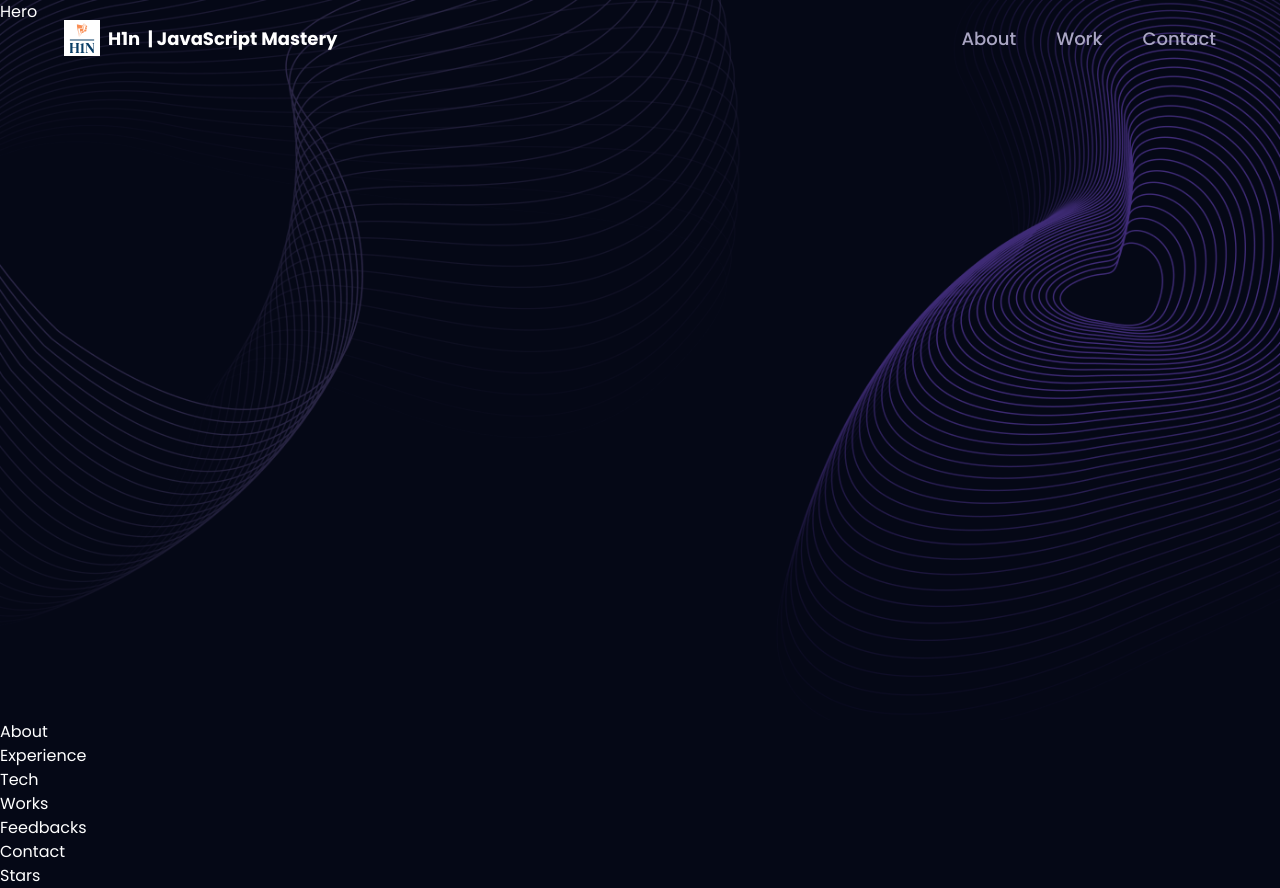
Repository: truonghuynhquy/3D_Portfolio
Page: /
These files come from the project's save history. The page is drawn as it stood at one moment and after the next save; the edit follows.
The browser window is 1280 px wide. The pictures show the whole page.
The project was rebuilt for these pictures with package versions that can differ from the ones it lists, and the page was loaded fresh each time. Also part of the build but not shown: vite.config.js, src/components/canvas/Earth.jsx, src/components/canvas/Ball.jsx, src/components/canvas/Computers.jsx. Imported but missing from the stored project, and not drawn on this page: src/components/hoc, src/components/styles, src/components/utils/motion.

Above is the page before, as saved 2023-04-08 10:58:47.

### index.html
<!DOCTYPE html>
<html lang="en">
  <head>
    <meta charset="UTF-8" />
    <link rel="icon" type="image/svg+xml" href="/src/assets/logo.svg" />
    <meta name="viewport" content="width=device-width, initial-scale=1.0" />
    <title>H1n | Portfolio</title>
  </head>
  <body>
    <div id="root"></div>
    <script type="module" src="/src/main.jsx"></script>
  </body>
</html>

### src/App.jsx
import { BrowserRouter } from "react-router-dom";

import {
    About,
    Contact,
    Experience,
    Feedbacks,
    Hero,
    Navbar,
    Tech,
    Works,
    StarsCanvas,
} from "./components";

const App = () => {
    return (
        <BrowserRouter>
            <div className="relative z-0 bg-primary">
                <div className="bg-hero-pattern bg-cover bg-no-repeat bg-center h-screen">
                    <Navbar />
                    <Hero />
                </div>
                <About />
                <Experience />
                <Tech />
                <Works />
                <Feedbacks />
                <div className="relative z-0">
                    <Contact />
                    <StarsCanvas />
                </div>
            </div>
        </BrowserRouter>
    );
};

export default App;

### src/index.css
@import url("https://fonts.googleapis.com/css2?family=Poppins:wght@100;200;300;400;500;600;700;800;900&display=swap");

@tailwind base;
@tailwind components;
@tailwind utilities;

* {
    margin: 0;
    padding: 0;
    box-sizing: border-box;
    font-family: "Poppins", sans-serif;
    scroll-behavior: smooth;
    color-scheme: dark;
}

.hash-span {
    margin-top: -100px;
    padding-bottom: 100px;
    display: block;
}

.black-gradient {
    background: #000000; /* fallback for old browsers */
    background: -webkit-linear-gradient(
        to right,
        #434343,
        #000000
    ); /* Chrome 10-25, Safari 5.1-6 */
    background: linear-gradient(
        to right,
        #434343,
        #000000
    ); /* W3C, IE 10+/ Edge, Firefox 16+, Chrome 26+, Opera 12+, Safari 7+ */
}

.violet-gradient {
    background: #804dee;
    background: linear-gradient(-90deg, #804dee 0%, rgba(60, 51, 80, 0) 100%);
    background: -webkit-linear-gradient(
        -90deg,
        #804dee 0%,
        rgba(60, 51, 80, 0) 100%
    );
}

.green-pink-gradient {
    background: "#00cea8";
    background: linear-gradient(90.13deg, #00cea8 1.9%, #bf61ff 97.5%);
    background: -webkit-linear-gradient(-90.13deg, #00cea8 1.9%, #bf61ff 97.5%);
}

.orange-text-gradient {
    background: #f12711; /* fallback for old browsers */
    background: -webkit-linear-gradient(
        to top,
        #f12711,
        #f5af19
    ); /* Chrome 10-25, Safari 5.1-6 */
    background: linear-gradient(
        to top,
        #f12711,
        #f5af19
    ); /* W3C, IE 10+/ Edge, Firefox 16+, Chrome 26+, Opera 12+, Safari 7+ */
    -webkit-background-clip: text;
    -webkit-text-fill-color: transparent;
}

.green-text-gradient {
    background: #11998e; /* fallback for old browsers */
    background: -webkit-linear-gradient(
        to top,
        #11998e,
        #38ef7d
    ); /* Chrome 10-25, Safari 5.1-6 */
    background: linear-gradient(
        to top,
        #11998e,
        #38ef7d
    ); /* W3C, IE 10+/ Edge, Firefox 16+, Chrome 26+, Opera 12+, Safari 7+ */
    -webkit-background-clip: text;
    -webkit-text-fill-color: transparent;
}

.blue-text-gradient {
    /* background: -webkit-linear-gradient(#eee, #333); */
    background: #56ccf2; /* fallback for old browsers */
    background: -webkit-linear-gradient(
        to top,
        #2f80ed,
        #56ccf2
    ); /* Chrome 10-25, Safari 5.1-6 */
    background: linear-gradient(
        to top,
        #2f80ed,
        #56ccf2
    ); /* W3C, IE 10+/ Edge, Firefox 16+, Chrome 26+, Opera 12+, Safari 7+ */
    -webkit-background-clip: text;
    -webkit-text-fill-color: transparent;
}

.pink-text-gradient {
    background: #ec008c; /* fallback for old browsers */
    background: -webkit-linear-gradient(
        to top,
        #ec008c,
        #fc6767
    ); /* Chrome 10-25, Safari 5.1-6 */
    background: linear-gradient(
        to top,
        #ec008c,
        #fc6767
    ); /* W3C, IE 10+/ Edge, Firefox 16+, Chrome 26+, Opera 12+, Safari 7+ */
    -webkit-background-clip: text;
    -webkit-text-fill-color: transparent;
}

/* canvas- styles */
.canvas-loader {
    font-size: 10px;
    width: 1em;
    height: 1em;
    border-radius: 50%;
    position: relative;
    text-indent: -9999em;
    animation: mulShdSpin 1.1s infinite ease;
    transform: translateZ(0);
}

@keyframes mulShdSpin {
    0%,
    100% {
        box-shadow: 0em -2.6em 0em 0em #ffffff,
            1.8em -1.8em 0 0em rgba(255, 255, 255, 0.2),
            2.5em 0em 0 0em rgba(255, 255, 255, 0.2),
            1.75em 1.75em 0 0em rgba(255, 255, 255, 0.2),
            0em 2.5em 0 0em rgba(255, 255, 255, 0.2),
            -1.8em 1.8em 0 0em rgba(255, 255, 255, 0.2),
            -2.6em 0em 0 0em rgba(255, 255, 255, 0.5),
            -1.8em -1.8em 0 0em rgba(255, 255, 255, 0.7);
    }
    12.5% {
        box-shadow: 0em -2.6em 0em 0em rgba(255, 255, 255, 0.7),
            1.8em -1.8em 0 0em #ffffff, 2.5em 0em 0 0em rgba(255, 255, 255, 0.2),
            1.75em 1.75em 0 0em rgba(255, 255, 255, 0.2),
            0em 2.5em 0 0em rgba(255, 255, 255, 0.2),
            -1.8em 1.8em 0 0em rgba(255, 255, 255, 0.2),
            -2.6em 0em 0 0em rgba(255, 255, 255, 0.2),
            -1.8em -1.8em 0 0em rgba(255, 255, 255, 0.5);
    }
    25% {
        box-shadow: 0em -2.6em 0em 0em rgba(255, 255, 255, 0.5),
            1.8em -1.8em 0 0em rgba(255, 255, 255, 0.7), 2.5em 0em 0 0em #ffffff,
            1.75em 1.75em 0 0em rgba(255, 255, 255, 0.2),
            0em 2.5em 0 0em rgba(255, 255, 255, 0.2),
            -1.8em 1.8em 0 0em rgba(255, 255, 255, 0.2),
            -2.6em 0em 0 0em rgba(255, 255, 255, 0.2),
            -1.8em -1.8em 0 0em rgba(255, 255, 255, 0.2);
    }
    37.5% {
        box-shadow: 0em -2.6em 0em 0em rgba(255, 255, 255, 0.2),
            1.8em -1.8em 0 0em rgba(255, 255, 255, 0.5),
            2.5em 0em 0 0em rgba(255, 255, 255, 0.7),
            1.75em 1.75em 0 0em #ffffff,
            0em 2.5em 0 0em rgba(255, 255, 255, 0.2),
            -1.8em 1.8em 0 0em rgba(255, 255, 255, 0.2),
            -2.6em 0em 0 0em rgba(255, 255, 255, 0.2),
            -1.8em -1.8em 0 0em rgba(255, 255, 255, 0.2);
    }
    50% {
        box-shadow: 0em -2.6em 0em 0em rgba(255, 255, 255, 0.2),
            1.8em -1.8em 0 0em rgba(255, 255, 255, 0.2),
            2.5em 0em 0 0em rgba(255, 255, 255, 0.5),
            1.75em 1.75em 0 0em rgba(255, 255, 255, 0.7),
            0em 2.5em 0 0em #ffffff, -1.8em 1.8em 0 0em rgba(255, 255, 255, 0.2),
            -2.6em 0em 0 0em rgba(255, 255, 255, 0.2),
            -1.8em -1.8em 0 0em rgba(255, 255, 255, 0.2);
    }
    62.5% {
        box-shadow: 0em -2.6em 0em 0em rgba(255, 255, 255, 0.2),
            1.8em -1.8em 0 0em rgba(255, 255, 255, 0.2),
            2.5em 0em 0 0em rgba(255, 255, 255, 0.2),
            1.75em 1.75em 0 0em rgba(255, 255, 255, 0.5),
            0em 2.5em 0 0em rgba(255, 255, 255, 0.7), -1.8em 1.8em 0 0em #ffffff,
            -2.6em 0em 0 0em rgba(255, 255, 255, 0.2),
            -1.8em -1.8em 0 0em rgba(255, 255, 255, 0.2);
    }
    75% {
        box-shadow: 0em -2.6em 0em 0em rgba(255, 255, 255, 0.2),
            1.8em -1.8em 0 0em rgba(255, 255, 255, 0.2),
            2.5em 0em 0 0em rgba(255, 255, 255, 0.2),
            1.75em 1.75em 0 0em rgba(255, 255, 255, 0.2),
            0em 2.5em 0 0em rgba(255, 255, 255, 0.5),
            -1.8em 1.8em 0 0em rgba(255, 255, 255, 0.7),
            -2.6em 0em 0 0em #ffffff,
            -1.8em -1.8em 0 0em rgba(255, 255, 255, 0.2);
    }
    87.5% {
        box-shadow: 0em -2.6em 0em 0em rgba(255, 255, 255, 0.2),
            1.8em -1.8em 0 0em rgba(255, 255, 255, 0.2),
            2.5em 0em 0 0em rgba(255, 255, 255, 0.2),
            1.75em 1.75em 0 0em rgba(255, 255, 255, 0.2),
            0em 2.5em 0 0em rgba(255, 255, 255, 0.2),
            -1.8em 1.8em 0 0em rgba(255, 255, 255, 0.5),
            -2.6em 0em 0 0em rgba(255, 255, 255, 0.7),
            -1.8em -1.8em 0 0em #ffffff;
    }
}

### src/components/Navbar.jsx
import React, { useEffect, useState } from "react";
import { Link } from "react-router-dom";

import { styles } from "../styles";
import { navLinks } from "../constants";
import { logo, menu, close } from "../assets";

const Navbar = () => {
    const [active, setActive] = useState("");

    return (
        <nav
            className={`${styles.paddingX} w-full flex items-center py-5 fixed top-0 z-20 `}
        >
            <div className="w-full flex justify-between items-center max-w-7xl mx-auto">
                <Link
                    to={"/"}
                    className="flex items-center gap-2"
                    onClick={() => {
                        setActive("");
                        window.scrollTo(0, 0);
                    }}
                >
                    <img
                        src={logo}
                        alt="logo"
                        className="w-9 h-9 object-contain"
                    />
                    <p className="text-white text-[18px] font-bold cursor-pointer flex">
                        H1n &nbsp;
                        <span className="sm:block hidden">
                            {" "}
                            | JavaScript Mastery
                        </span>
                    </p>
                </Link>
                <ul className="list-none hidden sm:flex flex-row gap-10">
                    {navLinks.map((nav) => (
                        <li
                            key={nav.id}
                            className={`${
                                active === nav.title
                                    ? "text-white"
                                    : "text-secondary"
                            } hover:text-white text-[18px] font-medium cursor-pointer`}
                            onClick={() => setActive(nav.title)}
                        >
                            <a href={`#${nav.id}`}>{nav.title}</a>
                        </li>
                    ))}
                </ul>
            </div>
        </nav>
    );
};

export default Navbar;

### src/constants/index.js
import {
  mobile,
  backend,
  creator,
  web,
  javascript,
  typescript,
  html,
  css,
  reactjs,
  redux,
  tailwind,
  nodejs,
  mongodb,
  git,
  figma,
  docker,
  meta,
  starbucks,
  tesla,
  shopify,
  carrent,
  jobit,
  tripguide,
  threejs,
} from "../assets";

export const navLinks = [
  {
    id: "about",
    title: "About",
  },
  {
    id: "work",
    title: "Work",
  },
  {
    id: "contact",
    title: "Contact",
  },
];

const services = [
  {
    title: "Web Developer",
    icon: web,
  },
  {
    title: "React Native Developer",
    icon: mobile,
  },
  {
    title: "Backend Developer",
    icon: backend,
  },
  {
    title: "Content Creator",
    icon: creator,
  },
];

const technologies = [
  {
    name: "HTML 5",
    icon: html,
  },
  {
    name: "CSS 3",
    icon: css,
  },
  {
    name: "JavaScript",
    icon: javascript,
  },
  {
    name: "TypeScript",
    icon: typescript,
  },
  {
    name: "React JS",
    icon: reactjs,
  },
  {
    name: "Redux Toolkit",
    icon: redux,
  },
  {
    name: "Tailwind CSS",
    icon: tailwind,
  },
  {
    name: "Node JS",
    icon: nodejs,
  },
  {
    name: "MongoDB",
    icon: mongodb,
  },
  {
    name: "Three JS",
    icon: threejs,
  },
  {
    name: "git",
    icon: git,
  },
  {
    name: "figma",
    icon: figma,
  },
  {
    name: "docker",
    icon: docker,
  },
];

const experiences = [
  {
    title: "React.js Developer",
    company_name: "Starbucks",
    icon: starbucks,
    iconBg: "#383E56",
    date: "March 2020 - April 2021",
    points: [
      "Developing and maintaining web applications using React.js and other related technologies.",
      "Collaborating with cross-functional teams including designers, product managers, and other developers to create high-quality products.",
      "Implementing responsive design and ensuring cross-browser compatibility.",
      "Participating in code reviews and providing constructive feedback to other developers.",
    ],
  },
  {
    title: "React Native Developer",
    company_name: "Tesla",
    icon: tesla,
    iconBg: "#E6DEDD",
    date: "Jan 2021 - Feb 2022",
    points: [
      "Developing and maintaining web applications using React.js and other related technologies.",
      "Collaborating with cross-functional teams including designers, product managers, and other developers to create high-quality products.",
      "Implementing responsive design and ensuring cross-browser compatibility.",
      "Participating in code reviews and providing constructive feedback to other developers.",
    ],
  },
  {
    title: "Web Developer",
    company_name: "Shopify",
    icon: shopify,
    iconBg: "#383E56",
    date: "Jan 2022 - Jan 2023",
    points: [
      "Developing and maintaining web applications using React.js and other related technologies.",
      "Collaborating with cross-functional teams including designers, product managers, and other developers to create high-quality products.",
      "Implementing responsive design and ensuring cross-browser compatibility.",
      "Participating in code reviews and providing constructive feedback to other developers.",
    ],
  },
  {
    title: "Full stack Developer",
    company_name: "Meta",
    icon: meta,
    iconBg: "#E6DEDD",
    date: "Jan 2023 - Present",
    points: [
      "Developing and maintaining web applications using React.js and other related technologies.",
      "Collaborating with cross-functional teams including designers, product managers, and other developers to create high-quality products.",
      "Implementing responsive design and ensuring cross-browser compatibility.",
      "Participating in code reviews and providing constructive feedback to other developers.",
    ],
  },
];

const testimonials = [
  {
    testimonial:
      "I thought it was impossible to make a website as beautiful as our product, but Rick proved me wrong.",
    name: "Sara Lee",
    designation: "CFO",
    company: "Acme Co",
    image: "https://randomuser.me/api/portraits/women/4.jpg",
  },
  {
    testimonial:
      "I've never met a web developer who truly cares about their clients' success like Rick does.",
    name: "Chris Brown",
    designation: "COO",
    company: "DEF Corp",
    image: "https://randomuser.me/api/portraits/men/5.jpg",
  },
  {
    testimonial:
      "After Rick optimized our website, our traffic increased by 50%. We can't thank them enough!",
    name: "Lisa Wang",
    designation: "CTO",
    company: "456 Enterprises",
    image: "https://randomuser.me/api/portraits/women/6.jpg",
  },
];

const projects = [
  {
    name: "Car Rent",
    description:
      "Web-based platform that allows users to search, book, and manage car rentals from various providers, providing a convenient and efficient solution for transportation needs.",
    tags: [
      {
        name: "react",
        color: "blue-text-gradient",
      },
      {
        name: "mongodb",
        color: "green-text-gradient",
      },
      {
        name: "tailwind",
        color: "pink-text-gradient",
      },
    ],
    image: carrent,
    source_code_link: "https://github.com/",
  },
  {
    name: "Job IT",
    description:
      "Web application that enables users to search for job openings, view estimated salary ranges for positions, and locate available jobs based on their current location.",
    tags: [
      {
        name: "react",
        color: "blue-text-gradient",
      },
      {
        name: "restapi",
        color: "green-text-gradient",
      },
      {
        name: "scss",
        color: "pink-text-gradient",
      },
    ],
    image: jobit,
    source_code_link: "https://github.com/",
  },
  {
    name: "Trip Guide",
    description:
      "A comprehensive travel booking platform that allows users to book flights, hotels, and rental cars, and offers curated recommendations for popular destinations.",
    tags: [
      {
        name: "nextjs",
        color: "blue-text-gradient",
      },
      {
        name: "supabase",
        color: "green-text-gradient",
      },
      {
        name: "css",
        color: "pink-text-gradient",
      },
    ],
    image: tripguide,
    source_code_link: "https://github.com/",
  },
];

export { services, technologies, experiences, testimonials, projects };

### src/assets/index.js
import logo from "./logo.svg";
import backend from "./backend.png";
import creator from "./creator.png";
import mobile from "./mobile.png";
import web from "./web.png";
import github from "./github.png";
import menu from "./menu.svg";
import close from "./close.svg";

import css from "./tech/css.png";
import docker from "./tech/docker.png";
import figma from "./tech/figma.png";
import git from "./tech/git.png";
import html from "./tech/html.png";
import javascript from "./tech/javascript.png";
import mongodb from "./tech/mongodb.png";
import nodejs from "./tech/nodejs.png";
import reactjs from "./tech/reactjs.png";
import redux from "./tech/redux.png";
import tailwind from "./tech/tailwind.png";
import typescript from "./tech/typescript.png";
import threejs from "./tech/threejs.svg";

import meta from "./company/meta.png";
import shopify from "./company/shopify.png";
import starbucks from "./company/starbucks.png";
import tesla from "./company/tesla.png";

import carrent from "./carrent.png";
import jobit from "./jobit.png";
import tripguide from "./tripguide.png";

export {
  logo,
  backend,
  creator,
  mobile,
  web,
  github,
  menu,
  close,
  css,
  docker,
  figma,
  git,
  html,
  javascript,
  mongodb,
  nodejs,
  reactjs,
  redux,
  tailwind,
  typescript,
  threejs,
  meta,
  shopify,
  starbucks,
  tesla,
  carrent,
  jobit,
  tripguide,
};

### tailwind.config.js
/** @type {import('tailwindcss').Config} */
module.exports = {
    content: ["./src/**/*.{js,jsx}"],
    mode: "jit",
    theme: {
        extend: {
            colors: {
                primary: "#050816",
                secondary: "#aaa6c3",
                tertiary: "#151030",
                "black-100": "#100d25",
                "black-200": "#090325",
                "white-100": "#f3f3f3",
            },
            boxShadow: {
                card: "0px 35px 120px -15px #211e35",
            },
            screens: {
                xs: "450px",
            },
            backgroundImage: {
                "hero-pattern": "url('/src/assets/herobg.png')",
            },
        },
    },
    plugins: [],
};

Loaded but not shown: src/main.jsx (common file); src/components/index.js (common file); src/components/canvas/index.js (common file); src/components/Hero.jsx (common file); src/components/About.jsx (common file); src/components/Tech.jsx (common file); src/components/Experience.jsx (common file); src/components/Works.jsx (common file); src/components/Feedbacks.jsx (common file); src/components/Contact.jsx (common file); src/components/canvas/Stars.jsx (common file); src/styles.js (common file)

After the next save:
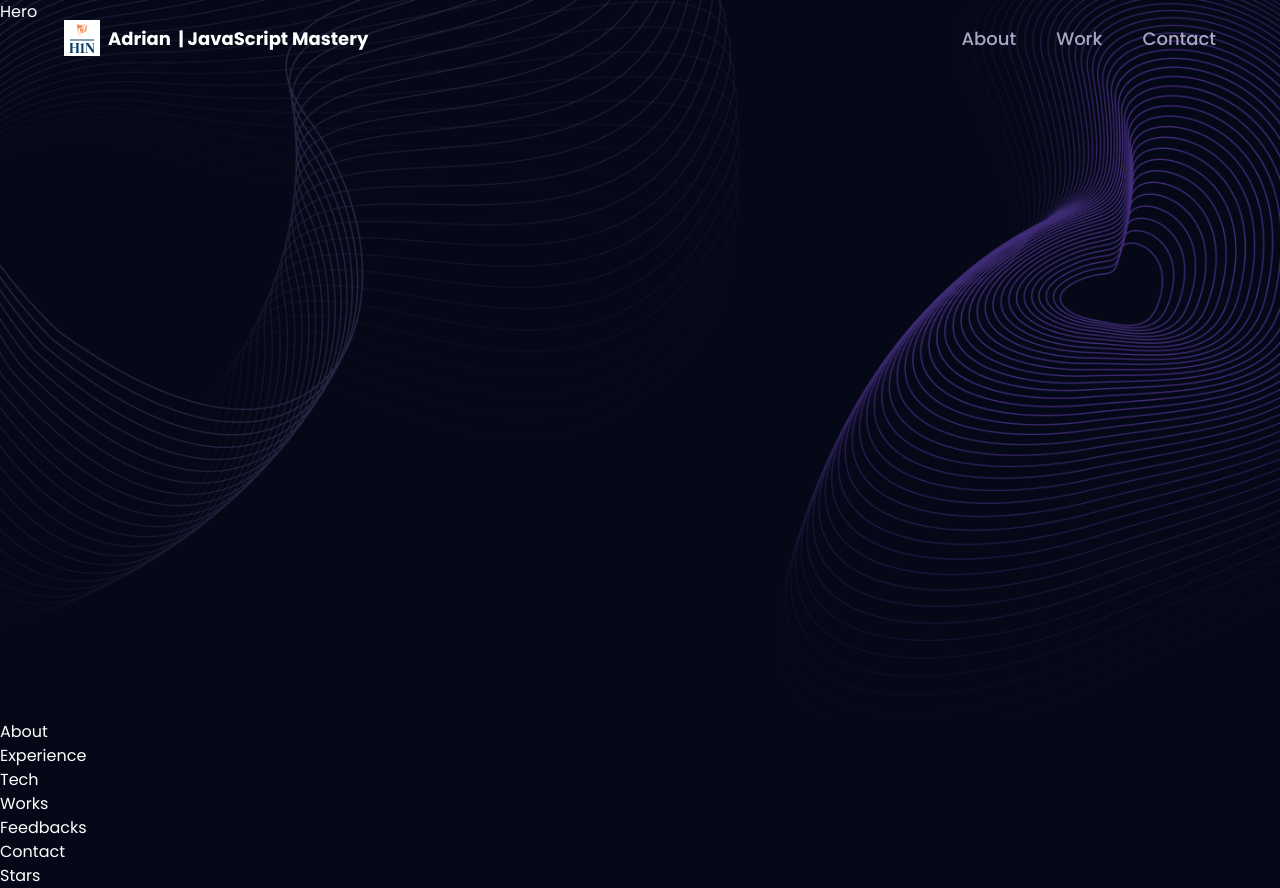
Saved 29 s later.
--- a/src/components/Navbar.jsx
+++ b/src/components/Navbar.jsx
@@ -7,14 +7,35 @@ import { logo, menu, close } from "../assets";
 
 const Navbar = () => {
     const [active, setActive] = useState("");
+    const [toggle, setToggle] = useState(false);
+    const [scrolled, setScrolled] = useState(false);
+
+    useEffect(() => {
+        const handleScroll = () => {
+            const scrollTop = window.scrollY;
+            if (scrollTop > 100) {
+                setScrolled(true);
+            } else {
+                setScrolled(false);
+            }
+        };
+
+        window.addEventListener("scroll", handleScroll);
+
+        return () => window.removeEventListener("scroll", handleScroll);
+    }, []);
 
     return (
         <nav
-            className={`${styles.paddingX} w-full flex items-center py-5 fixed top-0 z-20 `}
+            className={`${
+                styles.paddingX
+            } w-full flex items-center py-5 fixed top-0 z-20 ${
+                scrolled ? "bg-primary" : "bg-transparent"
+            }`}
         >
             <div className="w-full flex justify-between items-center max-w-7xl mx-auto">
                 <Link
-                    to={"/"}
+                    to="/"
                     className="flex items-center gap-2"
                     onClick={() => {
                         setActive("");
@@ -26,14 +47,15 @@ const Navbar = () => {
                         alt="logo"
                         className="w-9 h-9 object-contain"
                     />
-                    <p className="text-white text-[18px] font-bold cursor-pointer flex">
-                        H1n &nbsp;
+                    <p className="text-white text-[18px] font-bold cursor-pointer flex ">
+                        Adrian &nbsp;
                         <span className="sm:block hidden">
                             {" "}
                             | JavaScript Mastery
                         </span>
                     </p>
                 </Link>
+
                 <ul className="list-none hidden sm:flex flex-row gap-10">
                     {navLinks.map((nav) => (
                         <li
@@ -49,6 +71,40 @@ const Navbar = () => {
                         </li>
                     ))}
                 </ul>
+
+                <div className="sm:hidden flex flex-1 justify-end items-center">
+                    <img
+                        src={toggle ? close : menu}
+                        alt="menu"
+                        className="w-[28px] h-[28px] object-contain"
+                        onClick={() => setToggle(!toggle)}
+                    />
+
+                    <div
+                        className={`${
+                            !toggle ? "hidden" : "flex"
+                        } p-6 black-gradient absolute top-20 right-0 mx-4 my-2 min-w-[140px] z-10 rounded-xl`}
+                    >
+                        <ul className="list-none flex justify-end items-start flex-1 flex-col gap-4">
+                            {navLinks.map((nav) => (
+                                <li
+                                    key={nav.id}
+                                    className={`font-poppins font-medium cursor-pointer text-[16px] ${
+                                        active === nav.title
+                                            ? "text-white"
+                                            : "text-secondary"
+                                    }`}
+                                    onClick={() => {
+                                        setToggle(!toggle);
+                                        setActive(nav.title);
+                                    }}
+                                >
+                                    <a href={`#${nav.id}`}>{nav.title}</a>
+                                </li>
+                            ))}
+                        </ul>
+                    </div>
+                </div>
             </div>
         </nav>
     );
